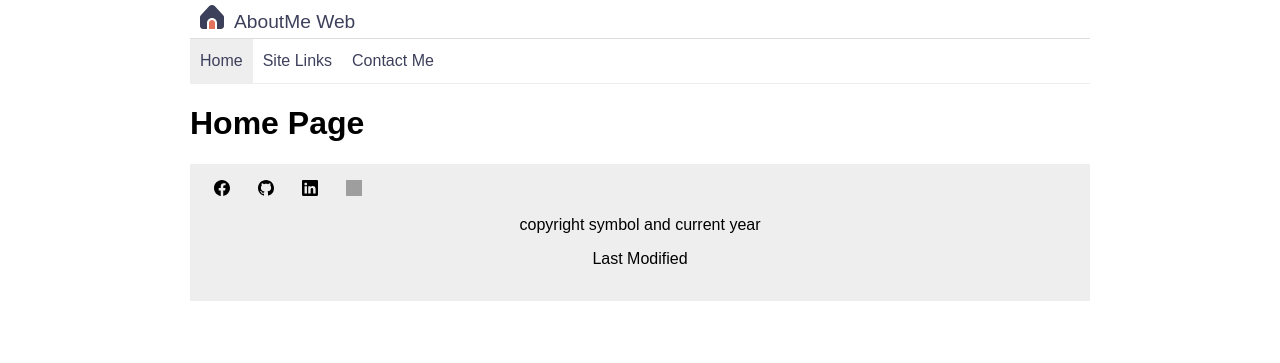
Repository: JoyUdoh106/wdd231
Page: index.html
The author's editor kept a copy of each file at every save. The page is drawn from the files as they stood at one save, then again after the next save.
The browser window is 1280 px wide. The pictures show the whole page.
Pictures or frames that could not be fetched are drawn as grey boxes.

Above is the page before, as saved 2026-01-10 20:19:10.

After the next save:
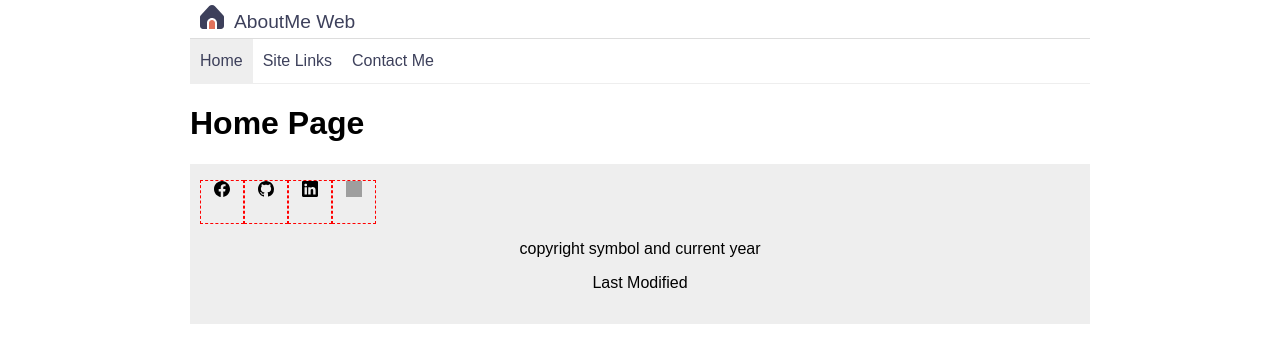
Saved 4 s later.
--- a/styles/base.css
+++ b/styles/base.css
@@ -99,6 +99,6 @@ display: flex;
 .social a {
     display: block;
     width: 44px;
-    he
+    height: 44px;
     border: red dashed 1px;
 }
